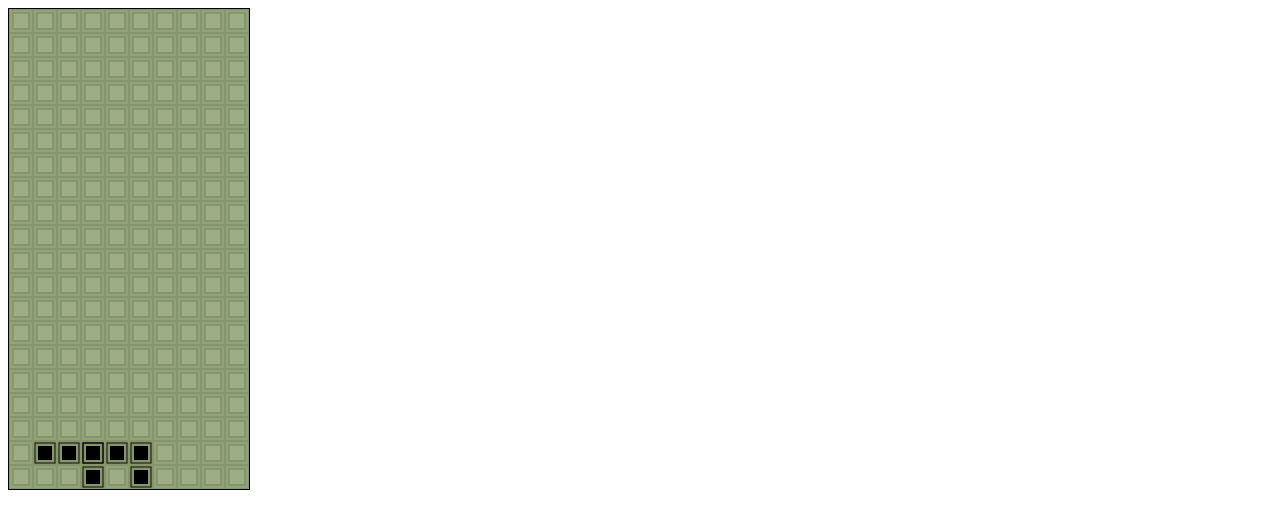
Repository: yzarc204/tetris-web
Page: index.html
The author's editor kept a copy of each file at every save. The page is drawn from the files as they stood at one save, then again after a run of saves.
The browser window is 1280 px wide. The pictures show the whole page.

Above is the page before, as saved 2021-09-20 20:43:43.

After the next 2 saves:
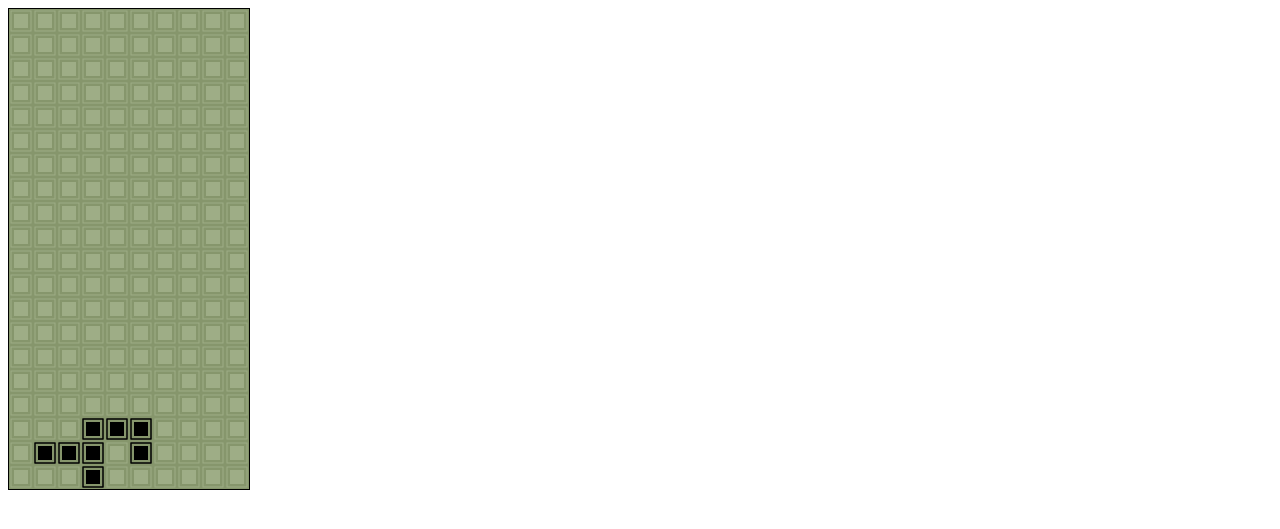
The 2 saves are shown as one change because they came seconds apart.
The last was saved 12 s later.
--- a/js/brick.js
+++ b/js/brick.js
@@ -40,7 +40,7 @@ class Brick {
             this.row++;
             this.pixels.forEach(pixel => pixel.fall());
         } else {
-
+            this.addNewBrickToBoard();
         }
     }
 
